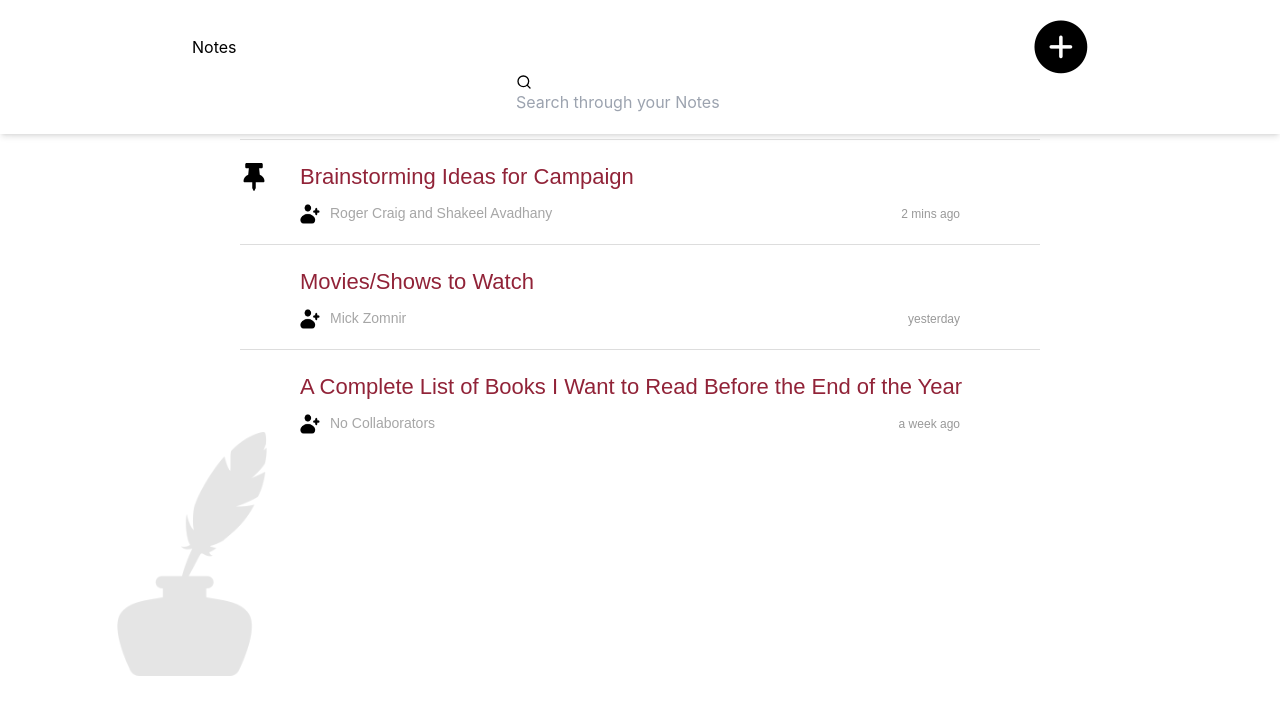
Repository: shabiasaeed/Notes-app
Page: /
These files come from the project's save history. The page is drawn as it stood at one moment and after the next save; the edit follows.
The browser window is 1280 px wide. The pictures show the whole page.
The project was rebuilt for these pictures with package versions that can differ from the ones it lists, and the page was loaded fresh each time. Also part of the build but not shown: src/components/Header.css.

Above is the page before, as saved 2025-01-01 17:52:58.

### src/App.js
import React, { useState } from 'react';
import Header from './components/Header';
import Note from './components/Note';
import './App.css';
import backgroundInk from './assets/ink-background-element.png';

//Component to handle the rendering of the header and note compnents
function App() {
  // Displaying few static notes
  const [notes, notesList] = useState([
    {
      title: "Brainstorming Ideas for Campaign",
      author: "Roger Craig and Shakeel Avadhany",
      time: "2 mins ago",
      pinned: true
    },
    {
      title: "Movies/Shows to Watch",
      author: "Mick Zomnir",
      time: "yesterday",
      pinned: false
    },
    {
      title: "A Complete List of Books I Want to Read Before the End of the Year",
      author: "No Collaborators",
      time: "a week ago",
      pinned: false
    }
  ]);

  function handleDelete(title){
    notesList(notes.filter( note => note.title !== title))
  }

  function handlePinToggle(title){
    notesList(prevNotes => prevNotes.map(note => note.title === title ? { ...note, pinned: !note.pinned } : note));
  };

  // Search state
  const [searchNotes, setSearchNotes] = useState('');

  // Filter notes based on search
  const filteredNotes = notes.filter(note => note.title.toLowerCase().includes(searchNotes.toLowerCase()));

  // Pinned notes to appear at the top
  const sortedNotes = filteredNotes.sort((a, b) => b.pinned - a.pinned);

  return (
    <div className="App">
      <Header setSearchNotes={setSearchNotes}/>
      <main>
        <img src={backgroundInk} alt="Ink Element" className="ink-element"/>
        {sortedNotes.map((note, index) => (
          <Note key={index} title={note.title} author={note.author} time={note.time} pinned={note.pinned} onDelete={handleDelete} onPinToggle={handlePinToggle}/>
        ))}
      </main>
    </div>
  );
}

export default App;

### src/components/Header.js
import React from 'react';
import './Header.css';
import addButton from '../assets/add-button.png';
import { FiSearch } from 'react-icons/fi';

// Component to handle the display of the application's header section
const Header = ({ setSearchNotes }) => {
  return (
    <header className="p-5 bg-white flex flex-col items-center shadow-md">
      <div className="flex items-center justify-between w-full max-w-4xl">
        <h1 className="title">Notes</h1>
        <button className="add-button">
          <img src={addButton} alt="Add"/>
        </button>
      </div>
      <div className="search-bar">
        <FiSearch className="search-icon" />
        <input type="text" placeholder="Search through your Notes" className="search-text" onChange={(e) => setSearchNotes(e.target.value)}/>
      </div>
    </header>
  );
};

export default Header;

### src/components/Note.js
import React, { useState } from 'react';
import './Note.css';
import userIcon from '../assets/user-icon.png';
import { FiTrash } from 'react-icons/fi';
import { FaThumbtack } from 'react-icons/fa';
import { TbPinned } from 'react-icons/tb';

//Component to handle the display of the note's section
const Note = ({ title, author, time, pinned, onDelete, onPinToggle }) => {
  const [isHovered, setIsHovered] = useState(false); //State for checking whether the note is hovered


  return (
    <div className="note" onMouseEnter={() => setIsHovered(true)} onMouseLeave={() => setIsHovered(false)}>
      <div className={`note-header ${pinned ? 'pinned' : 'unpinned'}`}>
      {pinned ? (<FaThumbtack className="pin-icon" onClick={() => onPinToggle(title)}/>) : (isHovered && (<TbPinned className="pin-icon" onClick={() => onPinToggle(title)}/>))}
        <h2>{title}</h2>
        {isHovered && (<FiTrash className="delete-icon" onClick={() => onDelete(title)}/>)}
      </div>
      <div className="note-footer">
        <img src={userIcon} alt="User" className="user-icon"/>
        <p>{author}</p>
        <span>{time}</span>
      </div>
    </div>
  );
};

export default Note;

### src/App.css
main {
  padding: 5px;
  position: relative;
  display: flex;
  flex-direction: column;
  align-items: center;
  font-family: Arial, sans-serif;
}

/* Styling for background element */
.ink-element {
  position: fixed;
  top: 60%;
  left: 15%;
  transform: translateX(-50%);
  z-index: -1;
  width: 150px;
}

### src/components/Note.css
/* Styling for notes */
.note {
    padding: 20px;
    border-top: 1px solid #ddd;
    position: relative;
    display: flex;
    flex-direction: column;
    width: 100%;
    max-width: 800px;
    margin: 0 auto;
}

.note-header {
    display: flex;
    align-items: center;
    padding-left: 30px;
}

.note-header h2 {
    margin: 0 0 0 10px;
    font-size: 22px;
    color: #912338;
}

.pin-icon {
    width: 28px;
    height: 28px;
    position: absolute;
    left: 0;
    cursor: pointer;
}

.note-footer {
    display: flex;
    align-items: center;
    margin-top: 10px;
    padding-left: 40px;
    position: relative;
}

.note-footer img {
    width: 20px;
    height: 20px;
    margin-right: 10px;
}

.note-footer p {
    margin: 0;
    font-size: 14px;
    color: #a6a6a6;
}

.note-footer span {
    margin-left: auto;
    font-size: 12px;
    color: #999;
    margin-right: 60px;
}

/* Styling for delete icon */
.delete-icon {
    cursor: pointer;
    position: absolute;
    right: 10px;
}

Loaded but not shown: public/index.html (common file); src/index.js (common file); src/index.css (common file); src/reportWebVitals.js (common file); tailwind.config.js (common file)

After the next save:
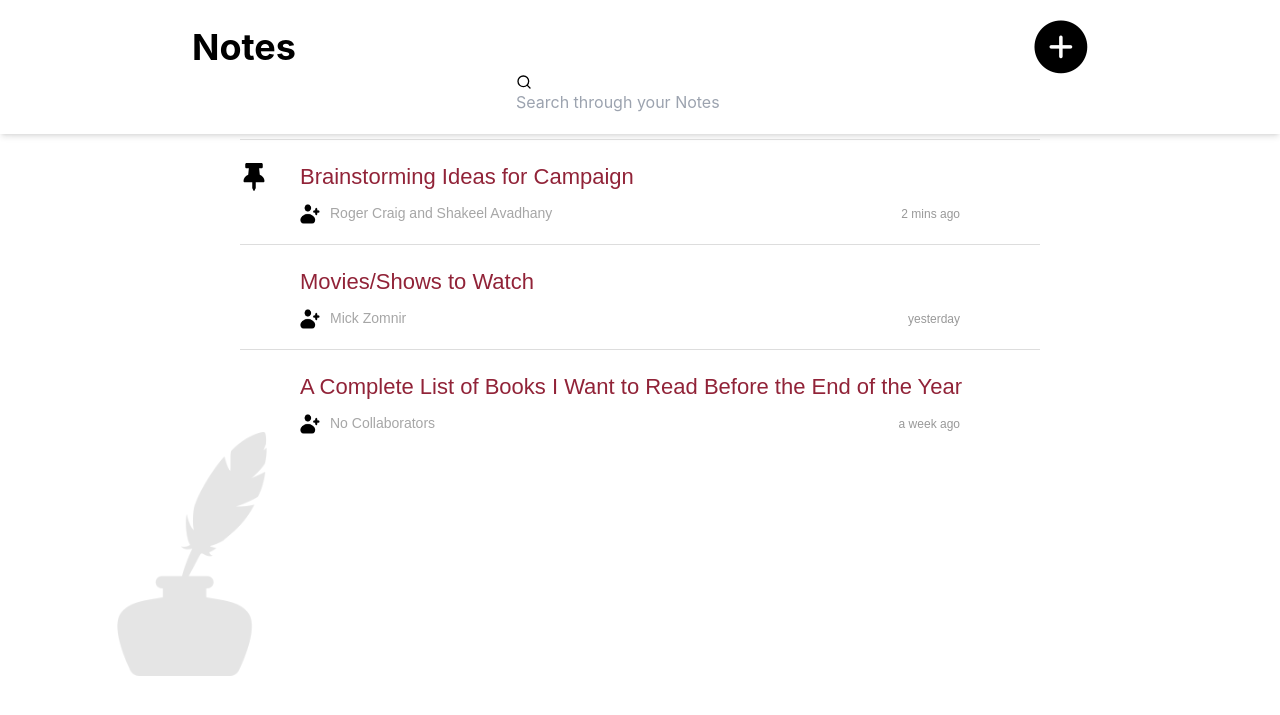
Saved 20 s later.
--- a/src/components/Header.js
+++ b/src/components/Header.js
@@ -8,7 +8,7 @@ const Header = ({ setSearchNotes }) => {
   return (
     <header className="p-5 bg-white flex flex-col items-center shadow-md">
       <div className="flex items-center justify-between w-full max-w-4xl">
-        <h1 className="title">Notes</h1>
+        <h1 className="text-4xl font-bold text-black">Notes</h1>
         <button className="add-button">
           <img src={addButton} alt="Add"/>
         </button>
